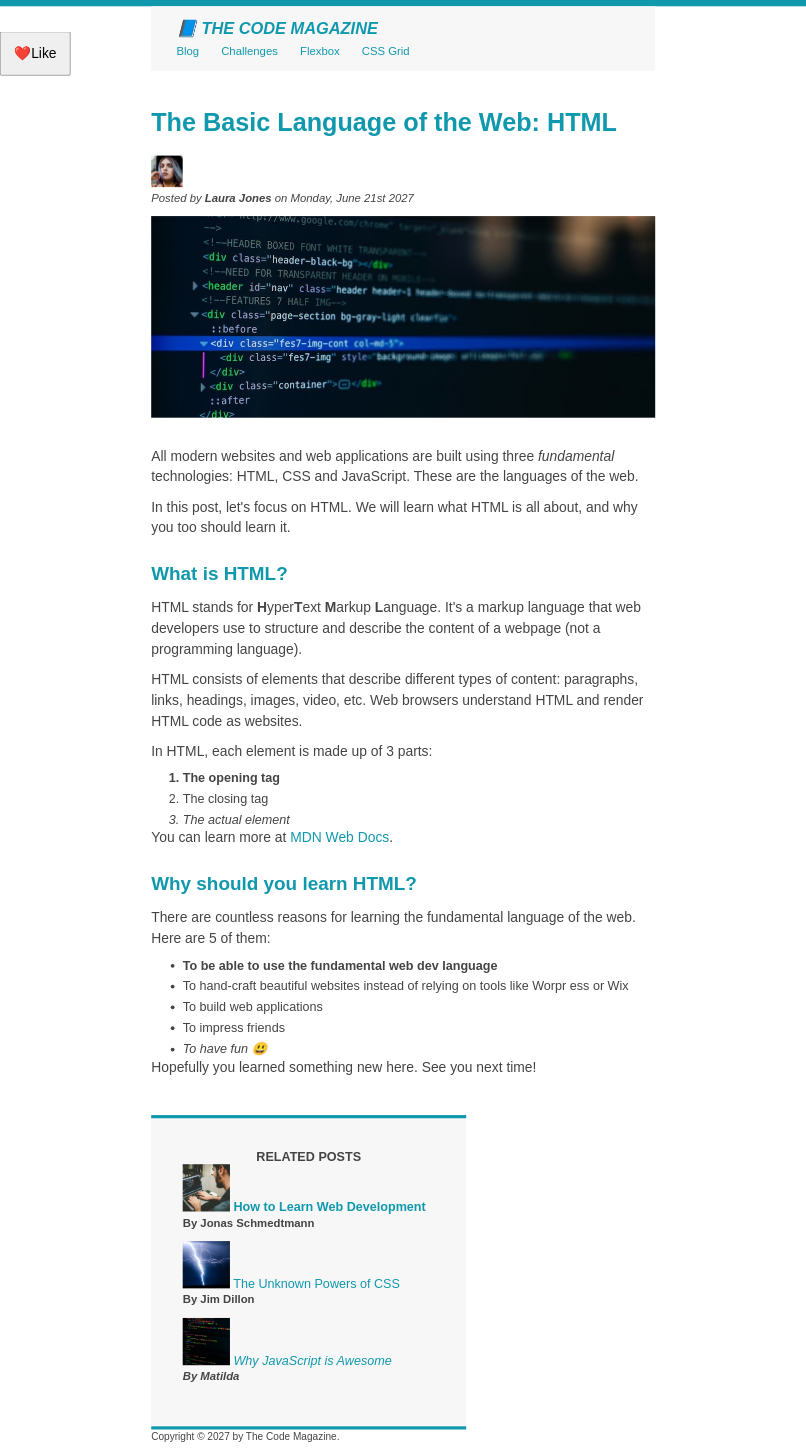
Repository: sunny070/CSS
Page: #1/index.html
The author's editor kept a copy of each file at every save. The page is drawn from the files as they stood at one save, then again after a run of saves.
The browser window is 1280 px wide. The pictures show the whole page, at 63% of full size.

Above is the page before, as saved 2023-11-06 11:08:16.

After the next 2 saves:
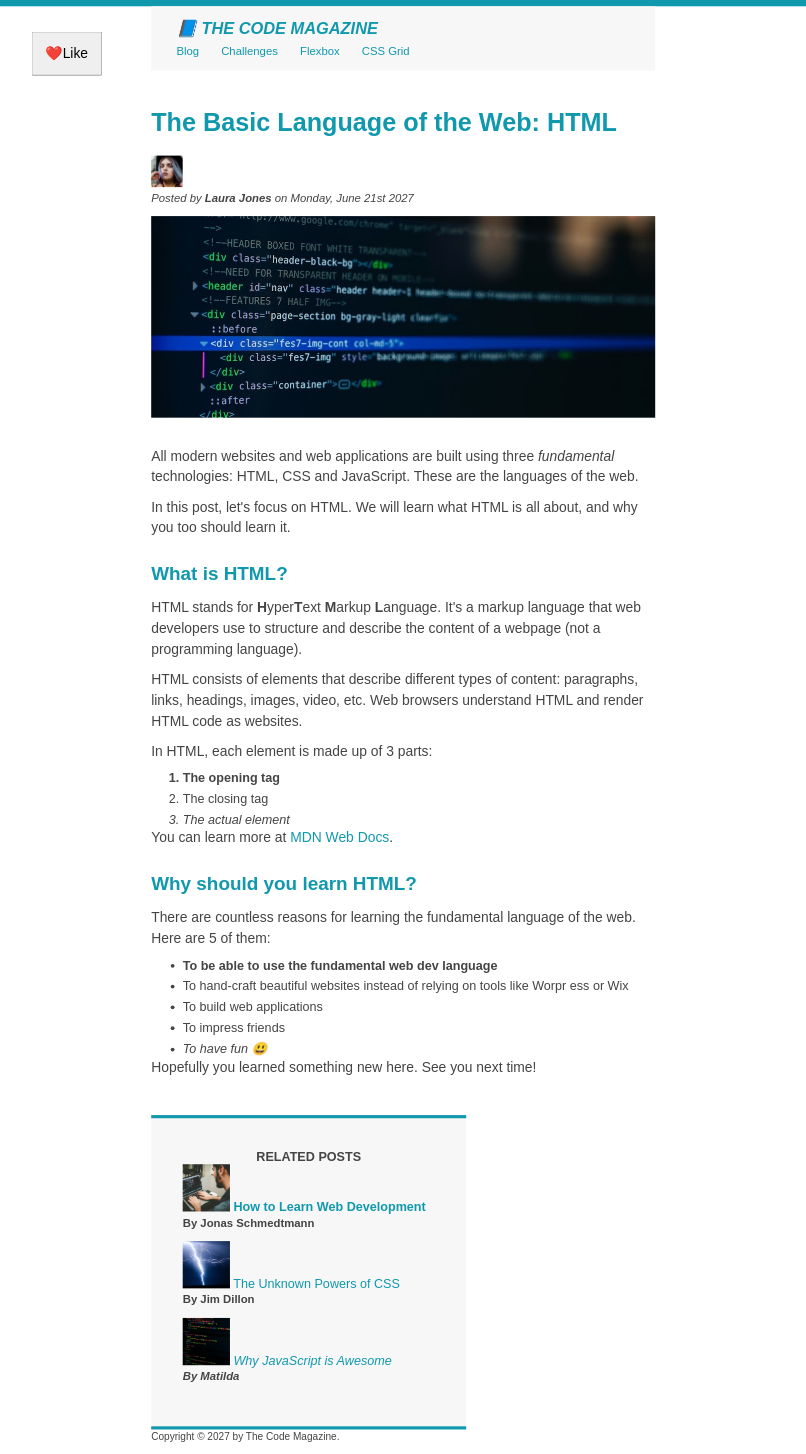
The 2 saves are shown as one change because they came seconds apart.
The last was saved 9 s later.
--- a/#1/style.css
+++ b/#1/style.css
@@ -192,7 +192,7 @@ button{
     cursor:pointer;
     position: absolute;
     top: 50px;
-    left: 0;
+    left: 50px;
 }
 /* resolving conflicts */
 /* #copyright{
